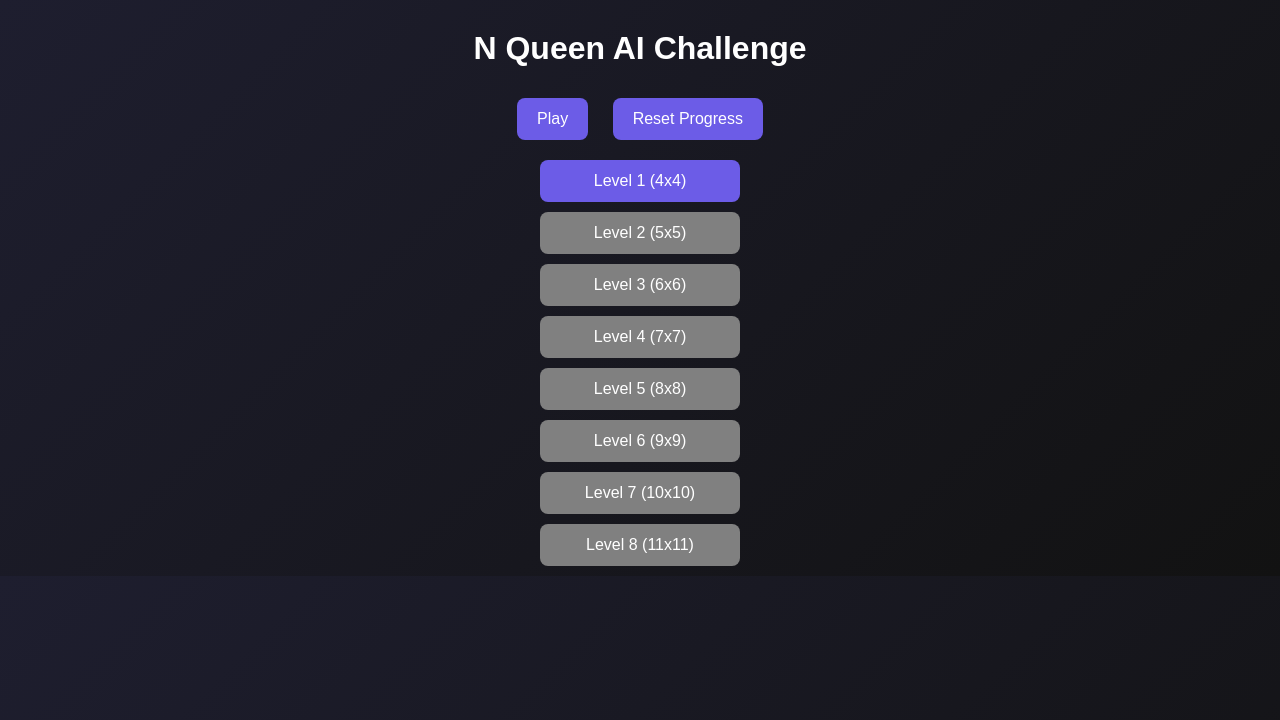
Repository: lissaintech/NQueen
Page: index.html
The author's editor kept a copy of each file at every save. The page is drawn from the files as they stood at one save, then again after a run of saves.
The browser window is 1280 px wide. The pictures show the whole page.

Above is the page before, as saved 2026-03-08 19:10:36.

After the next 2 saves:
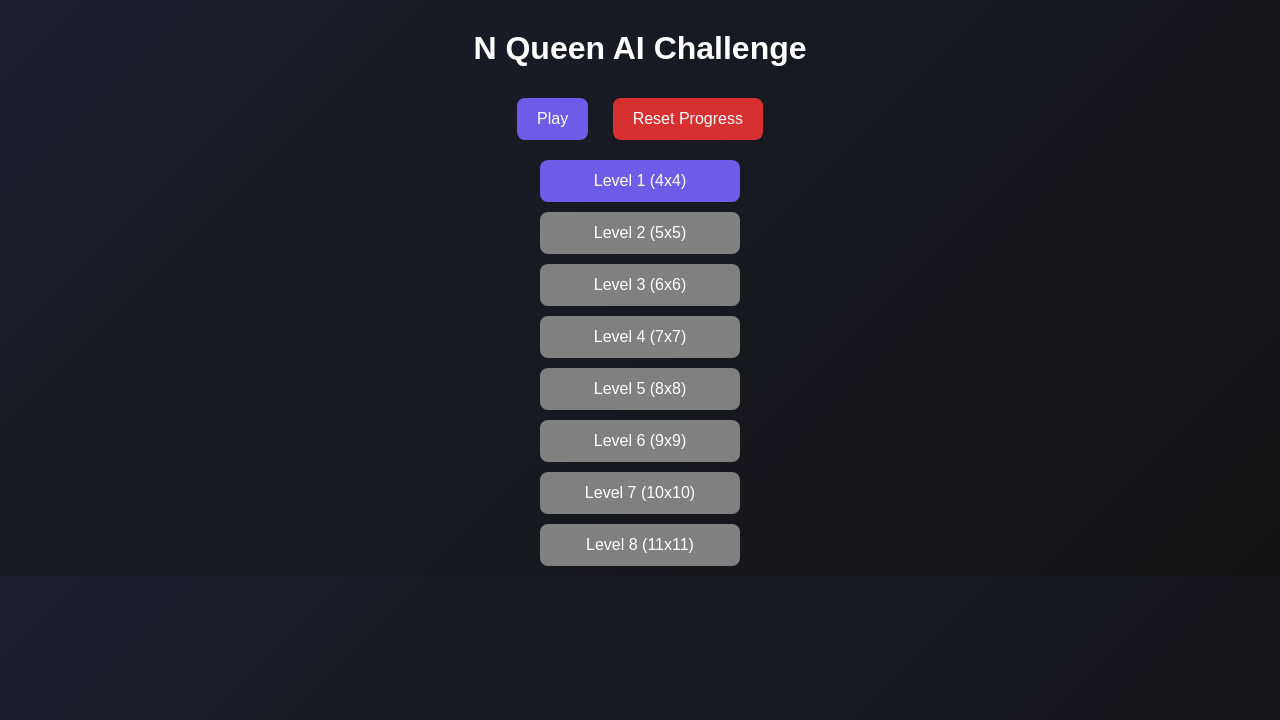
The 2 saves are shown as one change because they came seconds apart.
The last was saved 9 s later.
--- a/index.html
+++ b/index.html
@@ -14,7 +14,7 @@
         <h1>N Queen AI Challenge</h1>
 
         <button onclick="startLevel(unlockedLevel)">Play</button>
-        <button CLASS="" onclick="resetProgress()">Reset Progress</button>
+        <button class="reset" onclick="resetProgress()">Reset Progress</button>
 
         <div id="levels"></div>
 
